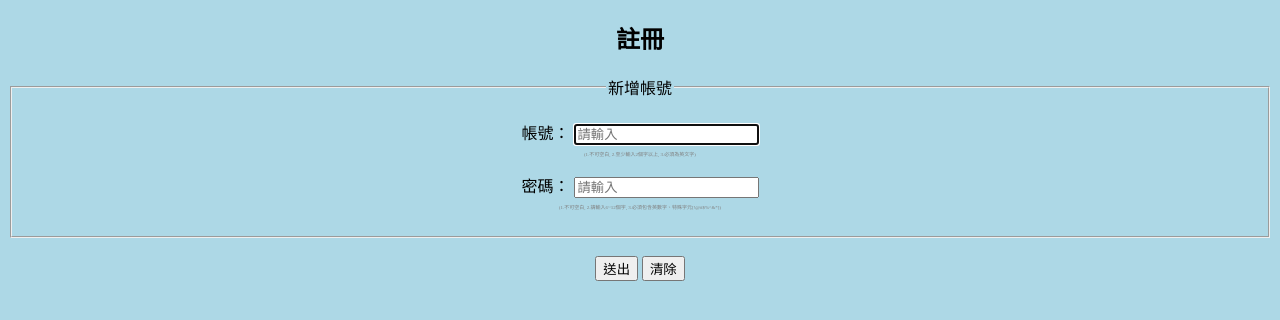
Repository: Ray917x/JaveEEforProject
Page: JSP/src/main/webapp/project/CreateMember.html
The author's editor kept a copy of each file at every save. The page is drawn from the files as they stood at one save, then again after the next save.
The browser window is 1280 px wide. The pictures show the whole page.

Above is the page before, as saved 2022-09-12 11:15:38.

### JSP/src/main/webapp/project/CreateMember.html
<!DOCTYPE html>
<html lang="zh-Hant-TW">

<head>
	<meta charset="UTF-8">
	<meta http-equiv="X-UA-Compatible" content="IE=edge">
	<meta name="viewport" content="width=device-width, initial-scale=1.0">
	<title>New Member data</title>
	<style>
		figcaption {
			font-size: 5px;
			color: gray
		}
	</style>
</head>

<body style="background-color:lightblue" align="center">
	<h2>註冊</h2>
	<form action="/JSP/CreateMember" method="get">
		<fieldset>
			<legend>新增帳號</legend>
			<div class="st1">
				<figure>
					<label for="account" class="t1">帳號：</label>
					<input type="text" id="userAccount" name="userAccount" placeholder="請輸入" autofocus>
					<span id="idspAccount"></span><br />
					<figcaption class="fc"><br />(1.不可空白, 2.至少輸入2個字以上, 3.必須為英文字)</figcaption>
				</figure>
			</div>
			<div class="st1">
				<figure>
					<label for="pwd" class="t1">密碼：</label>
					<input type="password" id="userPassword" name="userPassword" maxlength="12" placeholder="請輸入"
						required>
					<span id="idspPwd"></span><br />
					<figcaption class="fc"><br />(1.不可空白, 2.請輸入6~12個字, 3.必須包含英數字、特殊字元[!@#$%^&*])</figcaption>
				</figure>
			</div>


		</fieldset>
		<br>
		<div class="sub">
			<input type="submit" value="送出">
			<input type="reset" value="清除">
		</div>
	</form>
</body>

</html>

After the next save:
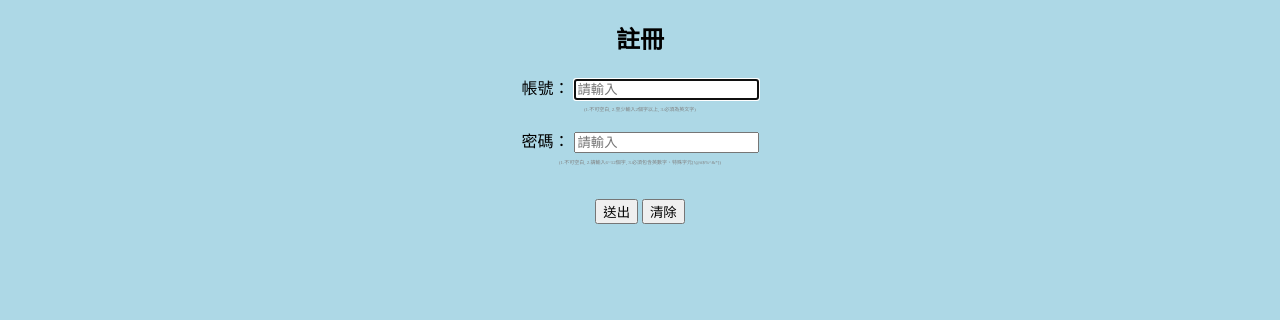
Saved 9 min 24 s later.
--- a/JSP/src/main/webapp/project/CreateMember.html
+++ b/JSP/src/main/webapp/project/CreateMember.html
@@ -17,13 +17,13 @@
 <body style="background-color:lightblue" align="center">
 	<h2>註冊</h2>
 	<form action="/JSP/CreateMember" method="get">
-		<fieldset>
-			<legend>新增帳號</legend>
+
+
 			<div class="st1">
 				<figure>
 					<label for="account" class="t1">帳號：</label>
 					<input type="text" id="userAccount" name="userAccount" placeholder="請輸入" autofocus>
-					<span id="idspAccount"></span><br />
+
 					<figcaption class="fc"><br />(1.不可空白, 2.至少輸入2個字以上, 3.必須為英文字)</figcaption>
 				</figure>
 			</div>
@@ -32,13 +32,11 @@
 					<label for="pwd" class="t1">密碼：</label>
 					<input type="password" id="userPassword" name="userPassword" maxlength="12" placeholder="請輸入"
 						required>
-					<span id="idspPwd"></span><br />
+
 					<figcaption class="fc"><br />(1.不可空白, 2.請輸入6~12個字, 3.必須包含英數字、特殊字元[!@#$%^&*])</figcaption>
 				</figure>
 			</div>
 
-
-		</fieldset>
 		<br>
 		<div class="sub">
 			<input type="submit" value="送出">
